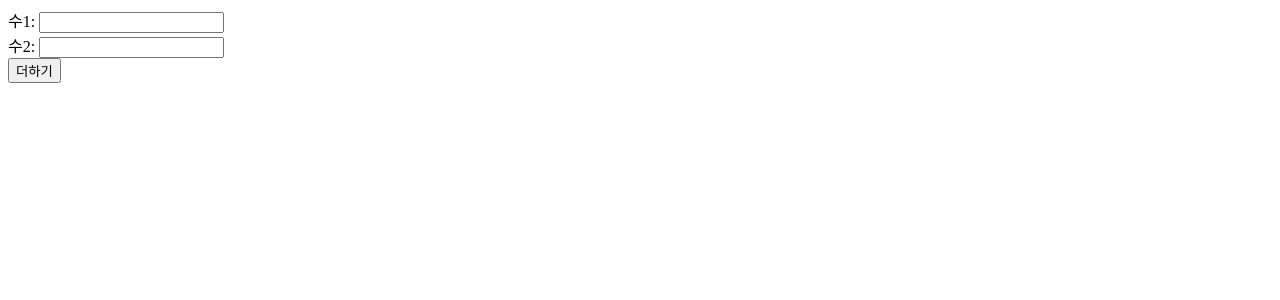
Repository: Jin0207/javaScript
Page: http://localhost/day1230/calcTest.jsp
These files come from the project's save history. The page is drawn as it stood at one moment and after the next save; the edit follows.
The browser window is 1280 px wide. The pictures show the whole page.
The page is served by Tomcat 9.

Above is the page before, as saved 2021-12-30 08:10:18.

After the next save:
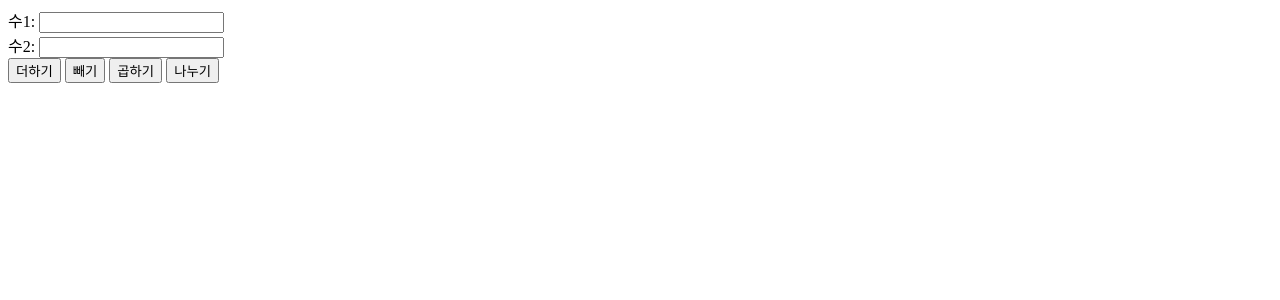
Saved 4 min 34 s later.
--- a/day1230/src/main/webapp/calcTest.jsp
+++ b/day1230/src/main/webapp/calcTest.jsp
@@ -12,6 +12,36 @@
 		let result = Number(a) + Number(b);
 		document.getElementById("add").innerHTML=result;
 	}
+	function calcAdd() {
+		let a = document.getElementById("num1").value;
+		let b = document.getElementById("num2").value;
+		let result = Number(a) + Number(b);
+		document.getElementById("add").innerHTML=result;
+	}
+	function calcMinus() {
+		let a = document.getElementById("num1").value;
+		let b = document.getElementById("num2").value;
+		let result = Number(a) - Number(b);
+		document.getElementById("minus").innerHTML=result;
+	}
+	function calcMulti() {
+		let a = document.getElementById("num1").value;
+		let b = document.getElementById("num2").value;
+		let result = Number(a) * Number(b);
+		document.getElementById("add").innerHTML=result;
+	}
+	function calcMulti() {
+		let a = document.getElementById("num1").value;
+		let b = document.getElementById("num2").value;
+		let result = Number(a) + Number(b);
+		document.getElementById("multi").innerHTML=result;
+	}
+	function calcDiv() {
+		let a = document.getElementById("num1").value;
+		let b = document.getElementById("num2").value;
+		let result = Number(a) / Number(b);
+		document.getElementById("div").innerHTML=result;
+	}
 </script>
 
 </head>
@@ -20,5 +50,8 @@
 	수1: <input type="text" id="num1"> <br>
 	수2: <input type="text" id="num2"> <br>
 	<button onclick="calcAdd()">더하기</button><span id="add"></span>
+	<button onclick="calcMinus()">빼기</button><span id="minus"></span>
+	<button onclick="calcMulti()">곱하기</button><span id="multi"></span>
+	<button onclick="calcDiv()">나누기</button><span id="div"></span>
 </body>
 </html>
